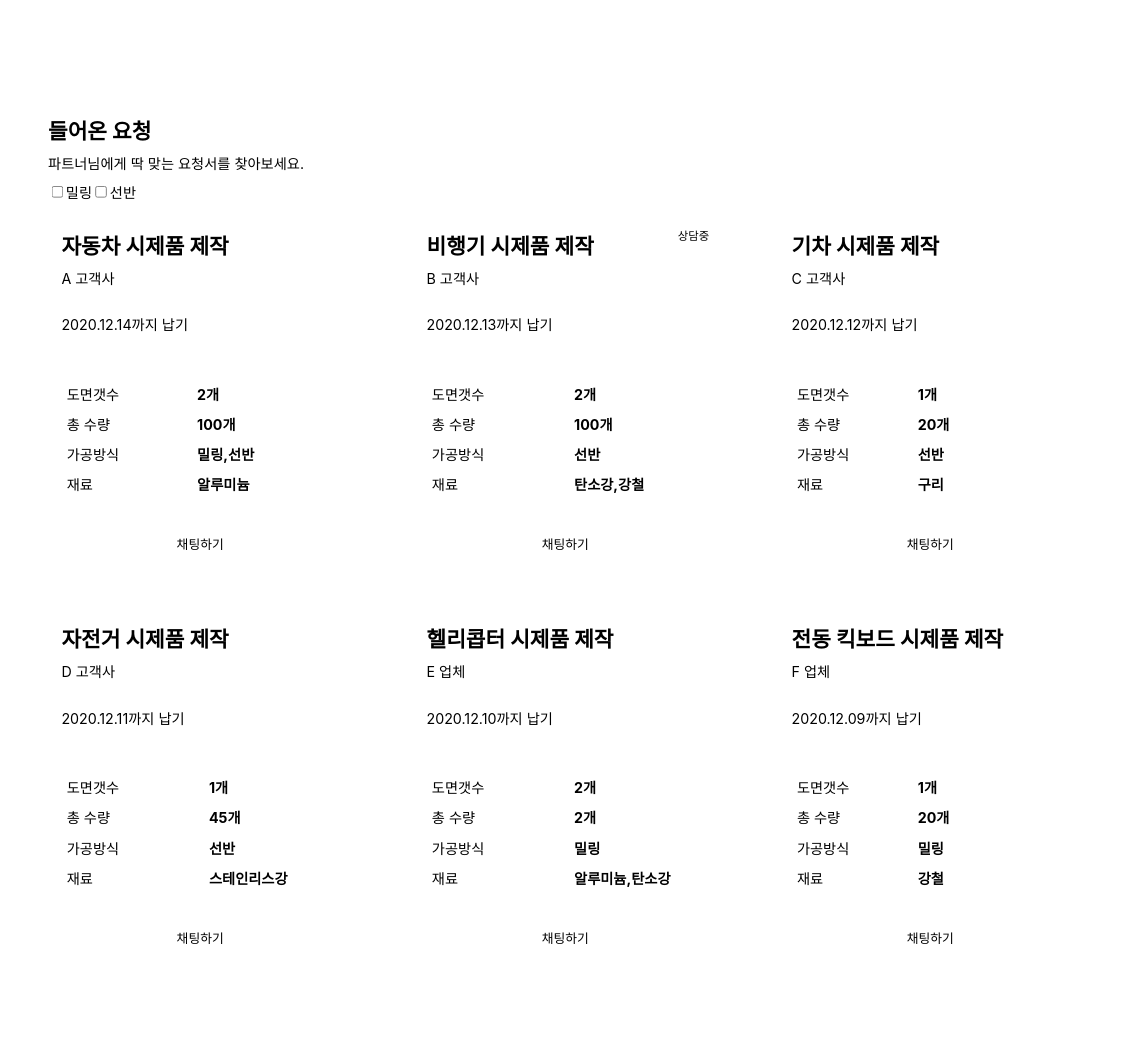
Repository: seoulsaram/capa
Page: /
The author's editor kept a copy of each file at every save. The page is drawn from the files as they stood at one save, then again after the next save.
The browser window is 1280 px wide. The pictures show the whole page, at 89% of full size.
The project was rebuilt for these pictures with package versions that can differ from the ones it lists, and the page was loaded fresh each time. Requests to the local data server were answered from the project's data file. Also part of the build but not shown: src/App.css, src/components/filter/filter.module.css.

Above is the page before, as saved 2021-03-06 23:18:40.

### public/index.html
<!DOCTYPE html>
<html lang="en">
  <head>
    <meta charset="utf-8" />
    <link rel="icon" href="%PUBLIC_URL%/favicon.ico" />
    <meta name="viewport" content="width=device-width, initial-scale=1" />
    <meta name="theme-color" content="#000000" />
    <meta name="description" content="Web site created using create-react-app" />

    <title>React App</title>
  </head>
  <body>
    <noscript>You need to enable JavaScript to run this app.</noscript>
    <div id="root"></div>
  </body>
</html>

### src/index.js
import React from "react";
import ReactDOM from "react-dom";
import "./index.css";
import App from "./app";
import RequestInfo from "./service/request_info";

const requestInfo = new RequestInfo();

ReactDOM.render(
  <React.StrictMode>
    <App requestInfo={requestInfo} />
  </React.StrictMode>,
  document.getElementById("root")
);

### src/App.js
import "./app.css";
import Header from "./components/header/header";
import ItemContainer from "./components/item_container/item_container";
import RequestBox from "./components/request_box/request_box";

function App({ requestInfo }) {
  return (
    <div>
      <Header />
      <ItemContainer requestInfo={requestInfo} />
    </div>
  );
}

export default App;

### src/service/request_info.js
class RequestInfo {
  constructor() {
    this.getrequestOptions = {
      method: "GET",
    };
  }

  async getInfo() {
    const response = await fetch("http://localhost:3002/requests", this.getrequestOptions);
    const res = await response.json();
    return res;
  }
}

export default RequestInfo;

### src/components/header/header.js
import React, { memo } from "react";
import styles from "./header.module.css";

const Header = (props) => (
  <div className={styles.header}>
    <div className={styles.headerLeft}>
      <p>CAPA</p>
      <p>파트너스</p>
    </div>
    <div className={styles.headerRight}>
      <p>A가공업체</p>
      <div className={styles.line}></div>
      <p>로그아웃</p>
    </div>
  </div>
);

export default Header;

### src/components/item_container/item_container.js
import React, { useEffect, useState } from "react";
import Filter from "../filter/filter";
import RequestBox from "../request_box/request_box";
import styles from "./item_container.module.css";

const ItemContainer = ({ requestInfo }) => {
  const [reqInfo, setReqInfo] = useState([]);

  useEffect(() => {
    requestInfo.getInfo().then((info) => setReqInfo(info));
  }, [requestInfo]);

  return (
    <section className={styles.section}>
      <h2 className={styles.title}>들어온 요청</h2>
      <p className={styles.desc}>파트너님에게 딱 맞는 요청서를 찾아보세요.</p>
      <Filter reqInfo={reqInfo} />

      <ul className={styles.cards}>
        {reqInfo.map((info) => (
          <RequestBox reqInfo={info} />
        ))}
      </ul>
    </section>
  );
};

export default ItemContainer;

### src/components/request_box/request_box.jsx
import React from "react";
import styles from "./request_box.module.css";

const RequestBox = ({ reqInfo }) => {
  return (
    <div key={reqInfo.id} className={styles.card}>
      <div className={styles.top}>
        <div className={styles.titleContainer}>
          <h2>{reqInfo.title}</h2>
          {reqInfo.status === "상담중" && <div className={styles.status}>{reqInfo.status}</div>}
        </div>
        <p className={styles.client}>{reqInfo.client}</p>
        <p className={styles.due}>{reqInfo.due}까지 납기</p>
      </div>
      <div className={styles.line}></div>
      {/* 테이블 로만들기 */}
      <table className={styles.bottom}>
        <tbody className={styles.order}>
          <tr>
            <td className={styles.orderTitle}>도면갯수</td>
            <td className={styles.orderBold}>{reqInfo.count}개</td>
          </tr>
          <tr>
            <td className={styles.orderTitle}>총 수량</td>
            <td className={styles.orderBold}>{reqInfo.amount}개</td>
          </tr>
          <tr>
            <td className={styles.orderTitle}>가공방식</td>
            <td className={styles.orderBold}>{reqInfo.method.join(",")}</td>
          </tr>
          <tr>
            <td className={styles.orderTitle}>재료</td>
            <td className={styles.orderBold}>{reqInfo.material.join(",")}</td>
          </tr>
        </tbody>
      </table>
      <div className={styles.btnContainer}>
        <button className={styles.reqBtn}>요청 내역 보기</button>
        <button className={styles.chatBtn}>채팅하기</button>
      </div>
    </div>
  );
};

export default RequestBox;

### src/components/header/header.module.css
@value MakeBlue from '../../common/color.css';

.header {
  display: flex;
  justify-content: space-between;
  padding: 5px 20px;
  background-color: MakeBlue;
  color: white;
}

.headerLeft {
  display: flex;
  align-items: center;
}

.headerRight {
  display: flex;
  align-items: center;
}

.line {
  width: 2px;
  height: 50%;
  background-color: white;
  margin: 0px 14px;
}

### src/components/filter/filter.jsx
import React, { useEffect, useState } from "react";
import styles from "./filter.module.css";

const Filter = ({ reqInfo }) => {
  const method = ["밀링", "선반"];
  const material = ["알루미늄", "탄소강", "구리", "합금강", "강철"];

  return (
    <section className={styles.section}>
      {/* 가공방식 */}
      {/* 1. 값이 든 배열 만들기
      2. 온클릭 이벤트를 만들기
      3. 이벤트에 두 가지 값을 동시에 필터링하는 로직 넣기 */}
      <div className={styles.filter}>
        <div>
          {method.map((methods) => (
            <label for={method}>
              <input type="checkbox" name={methods} value={methods} />
              {methods}
            </label>
          ))}
        </div>
      </div>
      {/* 재료 */}
      <div className={styles.filter}></div>
      <div></div>
      <div></div>
    </section>
  );
};

export default Filter;

// "requests": [
//     {
//       "id": 1,
//       "title": "자동차 시제품 제작",
//       "client": "A 고객사",
//       "due": "2020.12.14",
//       "count": 2,
//       "amount": 100,
//       "method": ["밀링", "선반"],
//       "material": ["알루미늄"],
//       "status": "대기중"
//     },

### src/components/item_container/item_container.module.css
@value MakeBlue,MakeBlack,MakeLightBlue,MakeGrey,MakeLightGrey,MakeYellow from '../../common/color.css';
.section {
  padding: 54px;
  color: MakeBlack;
}

.title,
.desc {
  margin: 8px 0px;
}

.cards {
  display: flex;
  justify-content: space-between;
  flex-wrap: wrap;
}

### src/components/request_box/request_box.module.css
@value MakeBlue,MakeBlack,MakeLightBlue,MakeGrey,MakeLightGrey,MakeYellow from '../../common/color.css';

* {
  box-sizing: border-box;
}

ul {
  margin: 0;
  padding: 0;
}

.card {
  width: 30%;
  border: 1px solid MakeLightGrey;
  border-radius: 3px;
  padding: 10px 15px;
  margin-bottom: 15px;
}

.card:hover {
  border: 1px solid MakeLightBlue;
}

.titleContainer {
  display: flex;
  align-items: center;
  justify-content: space-between;
}

.titleContainer > h2 {
  margin-bottom: 0px;
}

.client {
  margin: 8px 0px;
}
.due {
  color: MakeGrey;
  margin-top: 28px;
}

.status {
  border: 1px solid MakeYellow;
  border-radius: 45px;
  padding: 4px;
  font-size: 0.8rem;
  color: MakeYellow;
}

.line {
  width: 98%;
  height: 2px;
  margin: auto;
  background-color: MakeLightGrey;
}
.bottom {
  margin-top: 30px;
  margin-bottom: 15px;
}

td {
  width: 25%;
  padding: 4px;
}

.orderBold {
  font-weight: 700;
}

.reqBtn,
.chatBtn {
  margin: 15px 4px;
  padding: 8px 10px;
  background-color: transparent;
  border: none;
  border-radius: 0.2rem;
  outline: none;
  font-size: 0.9rem;
  cursor: pointer;
}

.reqBtn {
  color: white;
  background-color: MakeLightBlue;
}

.chatBtn {
  border: 1px solid MakeLightBlue;
  color: MakeLightBlue;
}

### db.json
{
  "requests": [
    {
      "id": 1,
      "title": "자동차 시제품 제작",
      "client": "A 고객사",
      "due": "2020.12.14",
      "count": 2,
      "amount": 100,
      "method": ["밀링", "선반"],
      "material": ["알루미늄"],
      "status": "대기중"
    },
    {
      "id": 2,
      "title": "비행기 시제품 제작",
      "client": "B 고객사",
      "due": "2020.12.13",
      "count": 2,
      "amount": 100,
      "method": ["선반"],
      "material": ["탄소강", "강철"],
      "status": "상담중"
    },
    {
      "id": 3,
      "title": "기차 시제품 제작",
      "client": "C 고객사",
      "due": "2020.12.12",
      "count": 1,
      "amount": 20,
      "method": ["선반"],
      "material": ["구리"],
      "status": "대기중"
    },
    {
      "id": 4,
      "title": "자전거 시제품 제작",
      "client": "D 고객사",
      "due": "2020.12.11",
      "count": 1,
      "amount": 45,
      "method": ["선반"],
      "material": ["스테인리스강"],
      "status": "대기중"
    },
    {
      "id": 5,
      "title": "헬리콥터 시제품 제작",
      "client": "E 업체",
      "due": "2020.12.10",
      "count": 2,
      "amount": 2,
      "method": ["밀링"],
      "material": ["알루미늄", "탄소강"],
      "status": "대기중"
    },
    {
      "id": 6,
      "title": "전동 킥보드 시제품 제작",
      "client": "F 업체",
      "due": "2020.12.09",
      "count": 1,
      "amount": 20,
      "method": ["밀링"],
      "material": ["강철"],
      "status": "대기중"
    }
  ]
}

Loaded but not shown: src/index.css (common file)

After the next save:
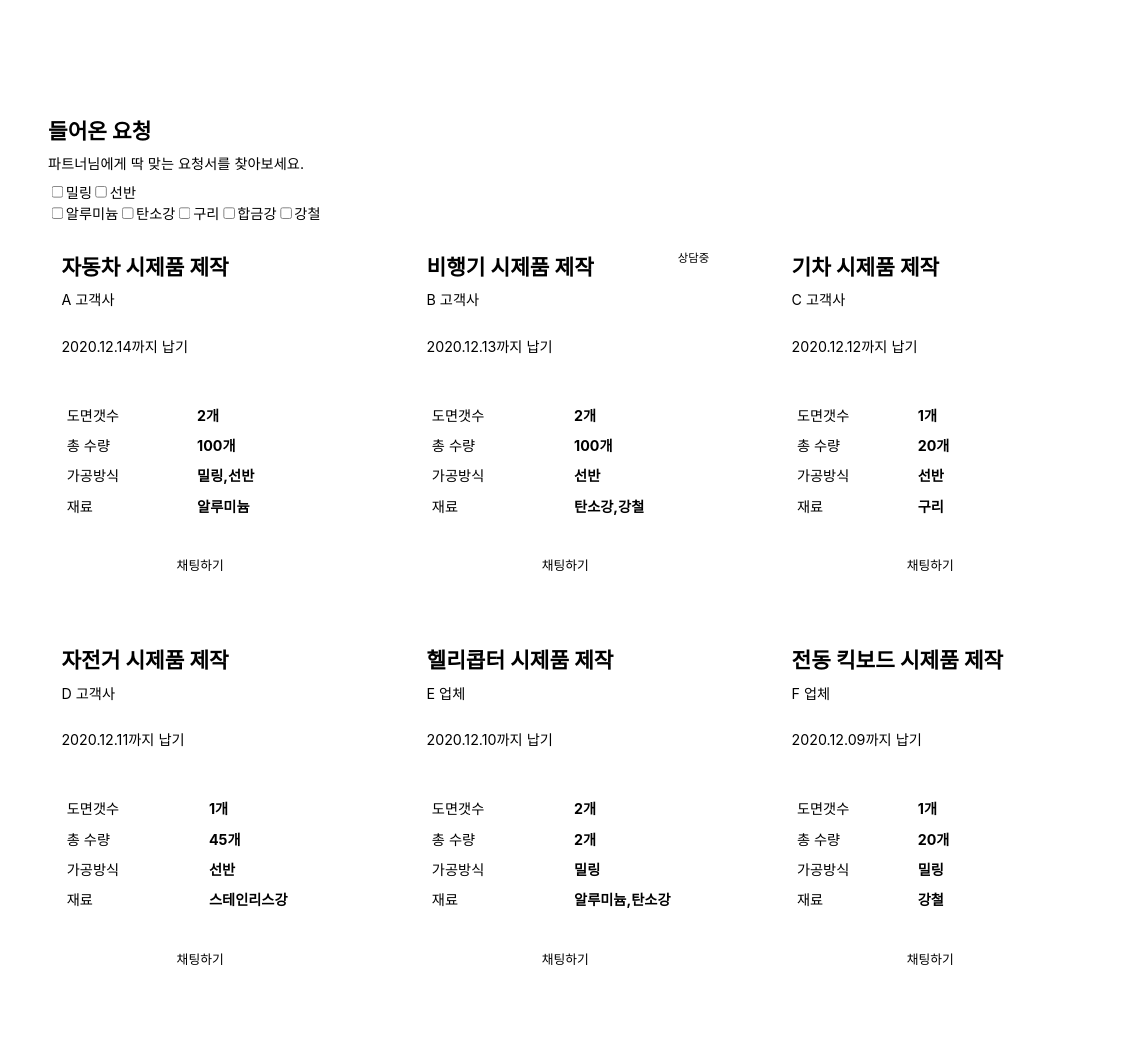
Saved 60 s later.
--- a/src/components/filter/filter.jsx
+++ b/src/components/filter/filter.jsx
@@ -12,9 +12,9 @@ const Filter = ({ reqInfo }) => {
       2. 온클릭 이벤트를 만들기
       3. 이벤트에 두 가지 값을 동시에 필터링하는 로직 넣기 */}
       <div className={styles.filter}>
-        <div>
+        <div className={styles.method}>
           {method.map((methods) => (
-            <label for={method}>
+            <label for={methods}>
               <input type="checkbox" name={methods} value={methods} />
               {methods}
             </label>
@@ -22,7 +22,16 @@ const Filter = ({ reqInfo }) => {
         </div>
       </div>
       {/* 재료 */}
-      <div className={styles.filter}></div>
+      <div className={styles.filter}>
+        <div className={styles.material}>
+          {material.map((materials) => (
+            <label for={materials}>
+              <input type="checkbox" name={materials} value={materials} />
+              {materials}
+            </label>
+          ))}
+        </div>
+      </div>
       <div></div>
       <div></div>
     </section>
